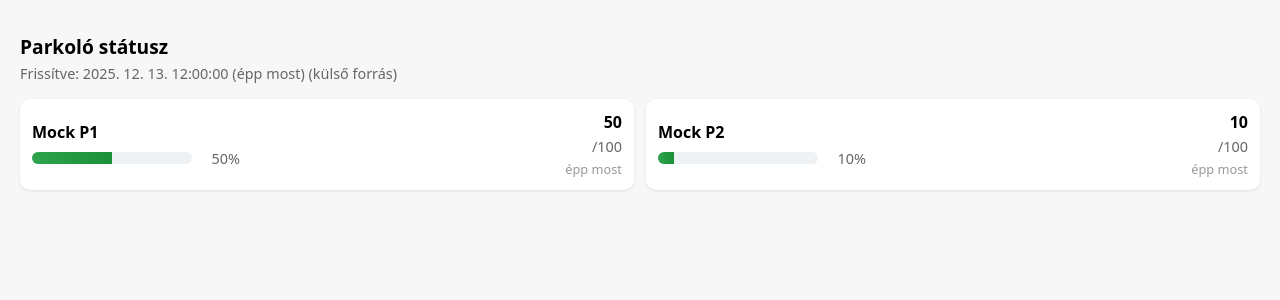
Repository: dkg11hu/ormezo-parking-2
Page: public/index.html
The author's editor kept a copy of each file at every save. The page is drawn from the files as they stood at one save, then again after the next save.
The browser window is 1280 px wide. The pictures show the whole page.

Above is the page before, as saved 2025-12-13 18:48:46.

After the next save:
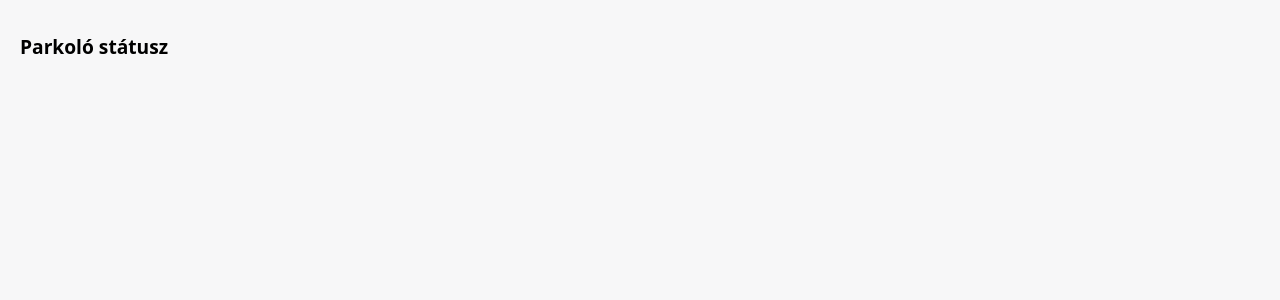
Console error: SyntaxError: Identifier 'grid' has already been declared
Saved 6 min 19 s later.
--- a/public/index.html
+++ b/public/index.html
@@ -150,6 +150,14 @@
         }
 
         const items = Array.isArray(statusData) ? statusData : statusData.items || [];
+
+// Ha items még mindig nem tömb, üres tömbbel helyettesítjük
+        if (!Array.isArray(items)) {
+            items = [];
+        }
+
+        const grid = document.getElementById("parking-grid");
+        grid.innerHTML = "";
 
         const grid = document.getElementById("parking-grid");
         grid.innerHTML = "";

After the save that followed:
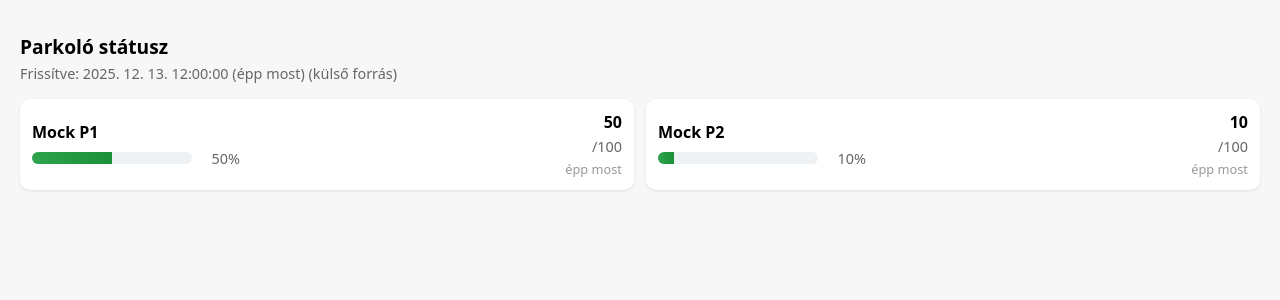
The error is gone.
Saved 14 min 25 s later.
--- a/public/index.html
+++ b/public/index.html
@@ -149,34 +149,31 @@
           console.warn("urls.json nem elérhető, linkek kihagyva");
         }
 
-        const items = Array.isArray(statusData) ? statusData : statusData.items || [];
+        const items = Array.isArray(statusData) ? statusData : statusData.items;
 
 // Ha items még mindig nem tömb, üres tömbbel helyettesítjük
         if (!Array.isArray(items)) {
             items = [];
         }
-
         const grid = document.getElementById("parking-grid");
         grid.innerHTML = "";
 
-        const grid = document.getElementById("parking-grid");
-        grid.innerHTML = "";
-
         // JAVÍTOTT KÓD
-        if (statusData.timestamp) { // Ellenőrizzük, hogy létezik-e a fő időbélyeg
-            const updated = statusData.timestamp; // <--- JAVÍTÁS: A fő timestamp mezőt használjuk
+       const headerTime = statusData.fetched_at || statusData.timestamp;
+
+       if (headerTime) {
+            const updated = headerTime;
             const updDate = new Date(updated.replace(" ", "T"));
             const relative = timeDiffString(updated);
             document.getElementById("report-time").textContent =
                 "Frissítve: " + updDate.toLocaleString("hu-HU") + " (" + relative + ")";
-        } else if (items.length > 0) { // Tartalék (ha valamiért nincs fő timestamp)
+        } else if (items.length > 0) { // Tartalék (ha semmi sincs a JSON gyökerében)
             const updated = items[0].updated;
             const updDate = new Date(updated.replace(" ", "T"));
             const relative = timeDiffString(updated);
             document.getElementById("report-time").textContent =
                 "Frissítve: " + updDate.toLocaleString("hu-HU") + " (" + relative + ") (külső forrás)";
         }
-
         items.forEach(entry => {
           const percent = (entry.total && entry.total > 0)
             ? Math.round((entry.free / entry.total) * 100)
